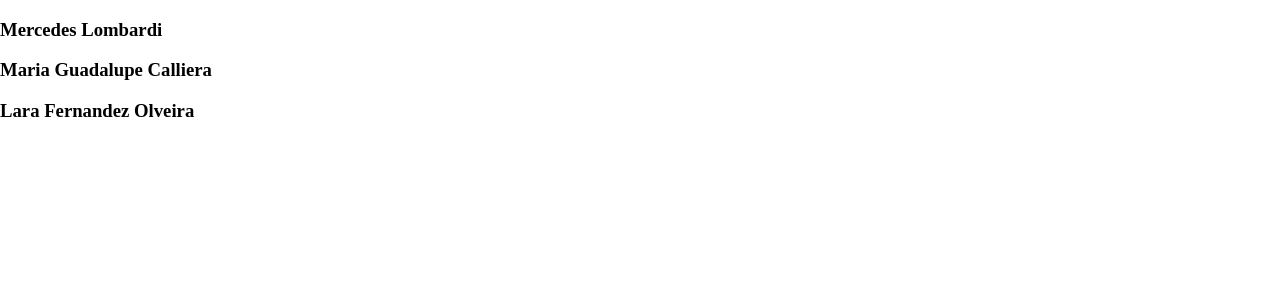
Repository: marucalliera/ProyectoIntegrador3
Page: / (app in progri/)
The author's editor kept a copy of each file at every save. The page is drawn from the files as they stood at one save, then again after the next save.
The browser window is 1280 px wide. The pictures show the whole page.
Some web libraries are served in a nearby version. The project was rebuilt for these pictures with package versions that can differ from the ones it lists, and the page was loaded fresh each time. Also part of the build but not shown: progri/src/components/UnaPeliculaListado/UnaPeliculaListado.css, progri/src/screens/Cartel/Cartel.js, progri/src/screens/Populares/Populares.js, progri/src/components/listadoFavoritos/listadoFavoritos.js, progri/src/screens/favoritos/favoritos.js, progri/src/screens/detallePel/detallePel.js, progri/src/components/Tarjeta/Tarjeta.css, progri/src/components/Tarjeta/Tarjeta.js and 3 more.

Above is the page before, as saved 2022-09-11 18:14:39.

### progri/public/index.html
<!DOCTYPE html>
<html lang="en">
  <head>
    <meta charset="UTF-8">
    <meta http-equiv="X-UA-Compatible" content="IE=edge">
    <meta name="viewport" content="width=device-width, initial-scale=1.0">
    <!-- Custom fonts for this dashboard -->
    <link href="https://cdnjs.cloudflare.com/ajax/libs/font-awesome/5.12.1/css/all.min.css" rel="stylesheet">
    <link href="https://fonts.googleapis.com/css?family=Nunito:200,200i,300,300i,400,400i,600,600i,700,700i,800,800i,900,900i" rel="stylesheet">
    <link rel="stylesheet" href="./css/styles.css">
    <title>Home</title>

    <title>React App</title>
  </head>
  <body>
    <noscript>You need to enable JavaScript to run this app.</noscript>
    <div id="root"></div>

  </body>
</html>

### progri/src/index.js
import React from 'react';
import ReactDOM from 'react-dom/client';
import {BrowserRouter, Link, Route, Switch} from 'react-router-dom'
import App from './App';

const root = ReactDOM.createRoot(document.getElementById('root'));
root.render(
  <BrowserRouter>
    <App />
  </BrowserRouter>
);

### progri/src/App.js

import React from 'react'
import {Route, Switch} from 'react-router-dom'
import Navbar from './components/Navbar/Navbar';
import Footer from './components/Footer/Footer';
import Home from './screens/Home/Home';
import Cartel from './screens/Cartel/Cartel';
import Populares from './screens/Populares/Populares';
import Favoritos from './screens/favoritos/favoritos';
import detallePel from './screens/detallePel/detallePel';
import resultadoBusqueda from './screens/resultadoBusqueda/resultadoBusqueda';
import NotFound from './screens/NotFound/NotFound';

function App() {
  let apikey = '73bb2c441012fc5a8247a1d5cb33d69a'
  return (
    <React.Fragment>
      <header>
        <Navbar/>
      </header>

      <main>
        <Switch>

          <Route path='/' exact={true} component={Home} />
          <Route path='/favoritos' exact={true} component={Favoritos} />
          <Route path='/populares' exact={true} component={Populares} />
          <Route path='/cartelera' exact={true} component={Cartel} />
          <Route path='/unapelicula/id/:id' component={detallePel}/>
          <Route path='/busqueda/id/:id' component={resultadoBusqueda}/>
          <Route path='' component={NotFound} />

        </Switch>


      </main>

      <footer>
        <Footer/>
      </footer>
    </React.Fragment>

  );
}

export default App;

### progri/src/components/Navbar/Navbar.js
import React from 'react';
import {Link} from 'react-router-dom'
import './Navbar.css'

function Navbar () {

}


export default Navbar

### progri/src/components/Footer/Footer.js
import React from 'react';
import './Footer.css'

function Footer(){
    return (
            <div id='footer'>
                <h3>Mercedes Lombardi</h3>
                <h3>Maria Guadalupe Calliera</h3>
                <h3>Lara Fernandez Olveira</h3>
            </div>
    )
}

export default Footer

### progri/src/screens/Home/Home.js
import React from "react";
import Listado from "../../components/Listado/Listado";

function Home () {

}

export default Home;

### progri/src/components/Listado/Listado.js
import React, {Component} from 'react';
import UnaPeliculaListado from '../UnaPeliculaListado/UnaPeliculaListado';
import {Link} from 'react-router-dom';

let apikey = '73bb2c441012fc5a8247a1d5cb33d69a'
function Listado() {

}

export default Listado;

### progri/src/components/UnaPeliculaListado/UnaPeliculaListado.js
import React, {Component} from 'react';
import {Link} from 'react-router-dom'
import './UnaPeliculaListado.css'

function UnaPeliculaListado() {

}

export default UnaPeliculaListado;

### progri/public/css/styles.css
/* Resets */
*{
    box-sizing: border-box;
  }
  ul,ol {
    padding: 0;
  }
  li {
    list-style-type:none;
  }
  a {
    text-decoration: none;
    color: #000;
  }
  body {
    margin: 0;
    background-color: #fff;
  }
  .App {
      text-align: center;
    }

    .App-logo {
      height: 40vmin;
      pointer-events: none;
    }

    @media (prefers-reduced-motion: no-preference) {
      .App-logo {
        animation: App-logo-spin infinite 20s linear;
      }
    }

    .App-header {
      background-color: #282c34;
      min-height: 100vh;
      display: flex;
      flex-direction: column;
      align-items: center;
      justify-content: center;
      font-size: calc(10px + 2vmin);
      color: white;
    }

    .App-link {
      color: #61dafb;
    }

    @keyframes App-logo-spin {
      from {
        transform: rotate(0deg);
      }
      to {
        transform: rotate(360deg);
      }
    }



  #root{
    display: flex;
    flex-direction: column;
  }

  .card-container {
    display: flex;
    flex-wrap: wrap;
    justify-content: space-around;
  }

  main {
    margin-right: 20px;
    margin-left: 20px;
  }

### progri/src/components/Busqueda/Busqueda.js
//import { relativeTimeThreshold } from 'moment';
import React, {Component} from 'react';
import {Link} from 'react-router-dom';

class Busqueda extends Component{
    constructor(props){
        super(props);
        this.state = {
            input: '',
        }
    }
GuardarCambios (event){
    this.setState({input:event.target.value})
}
PrevenirCarga (event){
    event.preventDefault(

    )
}

    render () {
        return (
            <React.Fragment>
                <form onSubmit = {(e)=> this.prevenirCarga(e)}>
                    <input type='text' onChange = {(e) => this.GuardarCambios(e)} value = {this.state.input}/>
                    <Link to={`/busqueda/id/${this.state.input}`}><button type='submit'/></Link>

                </form>
            </React.Fragment>

        )

    }
}

export default Busqueda;

Loaded but not shown: progri/src/components/UnaPeliculaListado/UnaPeliculaListado.css (no copy from this time; the picture is the same without it); progri/src/components/Footer/Footer.css (no stored copy; drawn as an empty file); progri/src/components/Navbar/Navbar.css (no stored copy; drawn as an empty file)

After the next save:
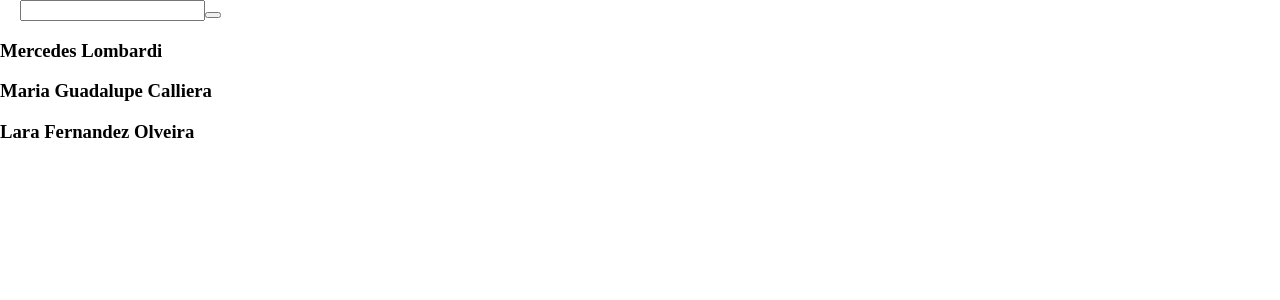
Saved 36 min 34 s later.
--- a/progri/src/screens/Home/Home.js
+++ b/progri/src/screens/Home/Home.js
@@ -1,8 +1,18 @@
 import React from "react";
 import Listado from "../../components/Listado/Listado";
+import Busqueda from "../../components/Busqueda/Busqueda";
 
-function Home () {
 
+function Home() {
+    return (
+        <React.Fragment>
+            <Busqueda/>
+            <Listado  funcionalidades={{populares: true}} />
+            <Listado  funcionalidades={{populares: false}} />
+
+        </React.Fragment>
+
+    );
 }
 
 export default Home;
